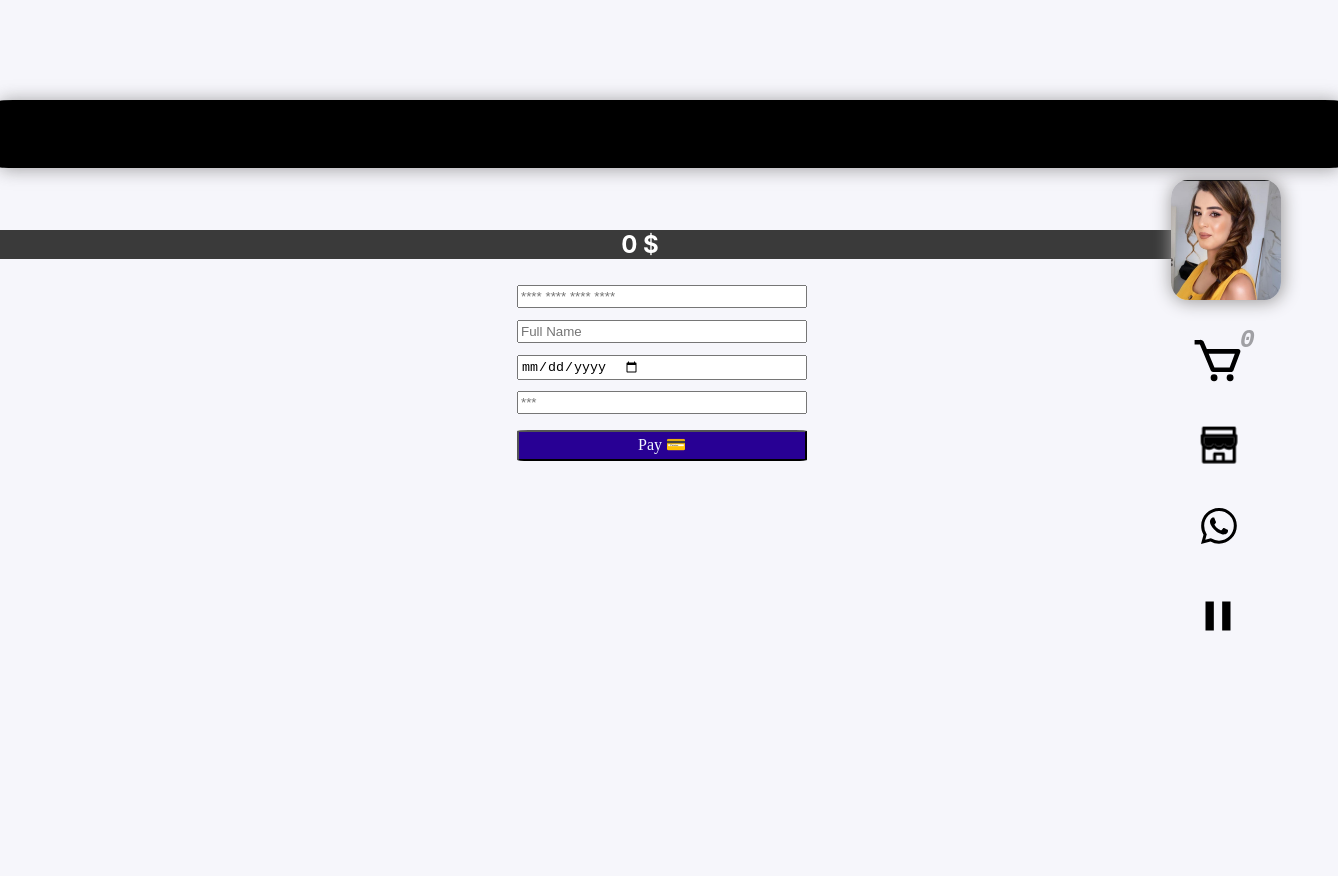
Repository: rehamAbass/BeautyCareShop
Page: /, after clicking the first element matching `svg.cartIcon`
The author's editor kept a copy of each file at every save. The page is drawn from the files as they stood at one save, then again after the next save.
The browser window is 1280 px wide. The page is 1338 px wide, so the pictures cover 1338 px, including what lies to the right of the window. The pictures show the whole page.
The page's requests for data from a server got no answer. Some web fonts or font styles are not loaded; a fallback is used. The project was rebuilt for these pictures with package versions that can differ from the ones it lists, and the page was loaded fresh each time. No one was signed in, and anything a server would have sent is missing. Also part of the build but not shown: src/components/allProducts/card-list.css, src/components/allProducts/prod/card.css, src/components/allProducts/prod/card.component.jsx, src/components/search-box/search-box.css, src/components/myCart/cartProduct/cartProduct.css, src/components/myCart/cartProduct/cartProduct.jsx. Imported but missing from the stored project, and not drawn on this page: src/components/header/music/ed.mp3.

Above is the page before, as saved 2022-06-08 17:58:30.

After the next save:
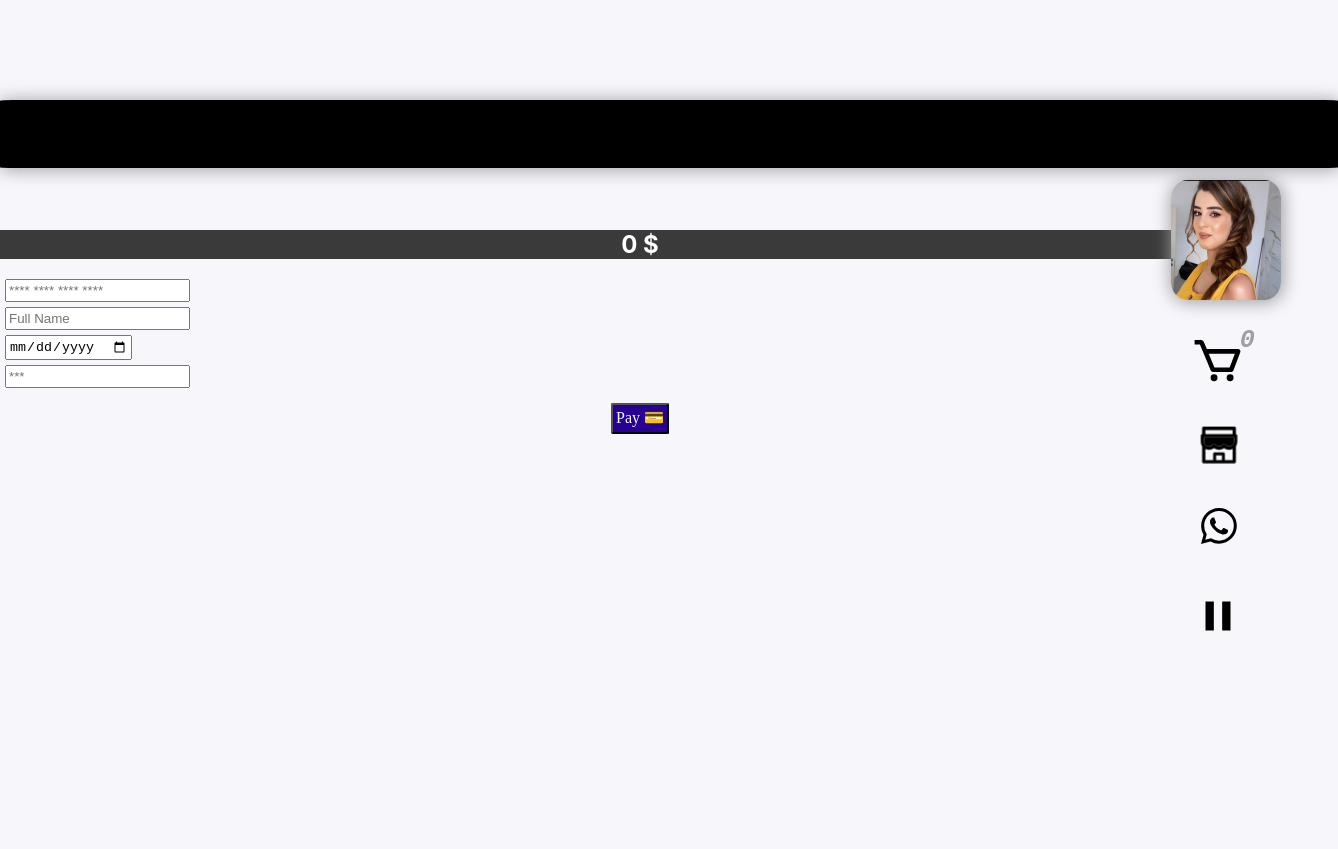
Saved 6 s later.
--- a/src/components/myCart/Payment/Pay.jsx
+++ b/src/components/myCart/Payment/Pay.jsx
@@ -20,7 +20,7 @@ return (
             </h2>}
 
 
-    <form id="cc-form" >
+    <form id="iform" >
     <input type="password" className='inputt'
     name="number" placeholder='**** **** **** ****'/>
     <input type="text" name="name"

After the save that followed:
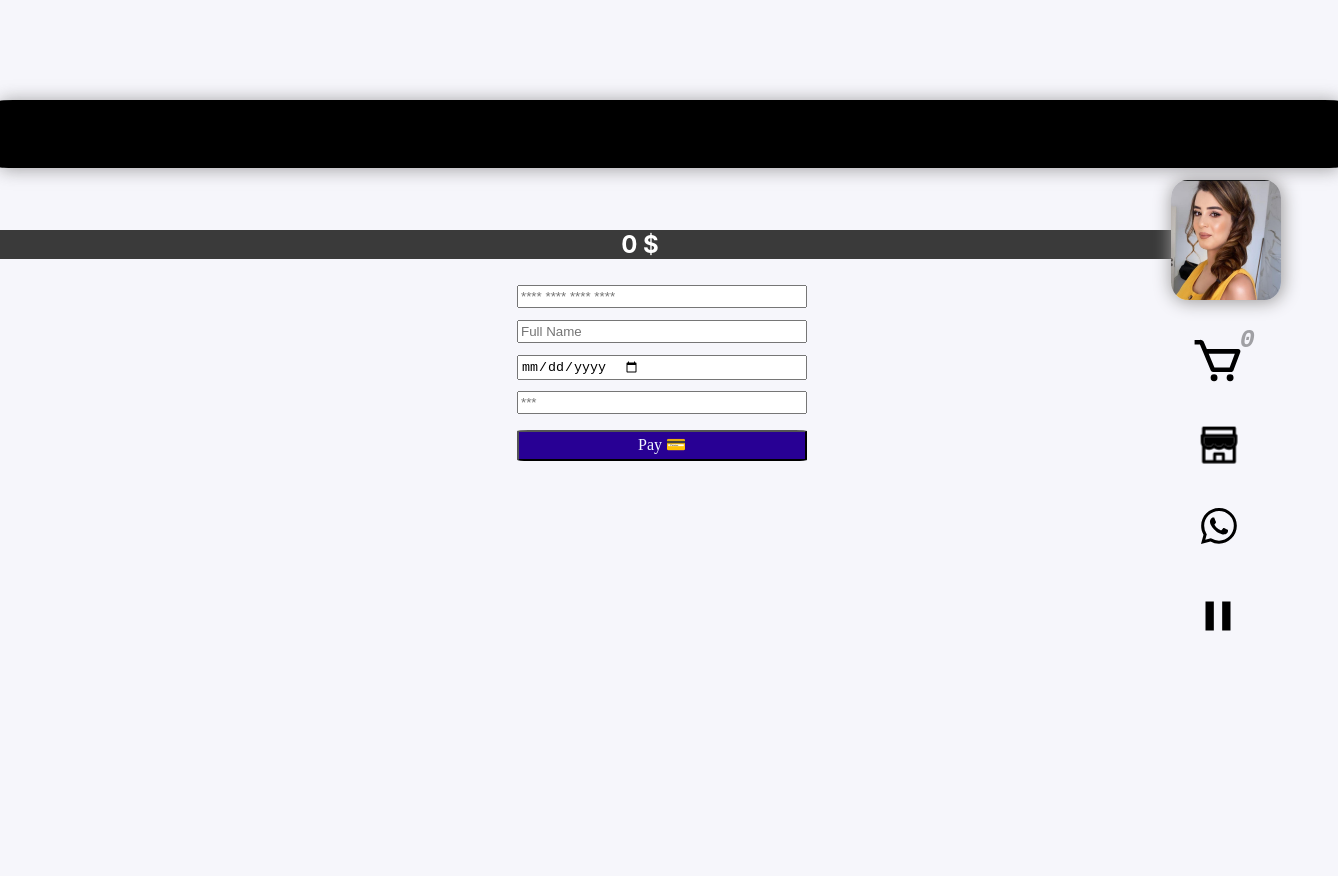
Saved 9 s later.
--- a/src/components/myCart/Payment/Pay.css
+++ b/src/components/myCart/Payment/Pay.css
@@ -6,7 +6,7 @@
     flex-direction: row;
 }
 
-#cc-form{
+#iform{
     margin-left: 40%;
     width: 300px;
     /* flex-direction: row; */
